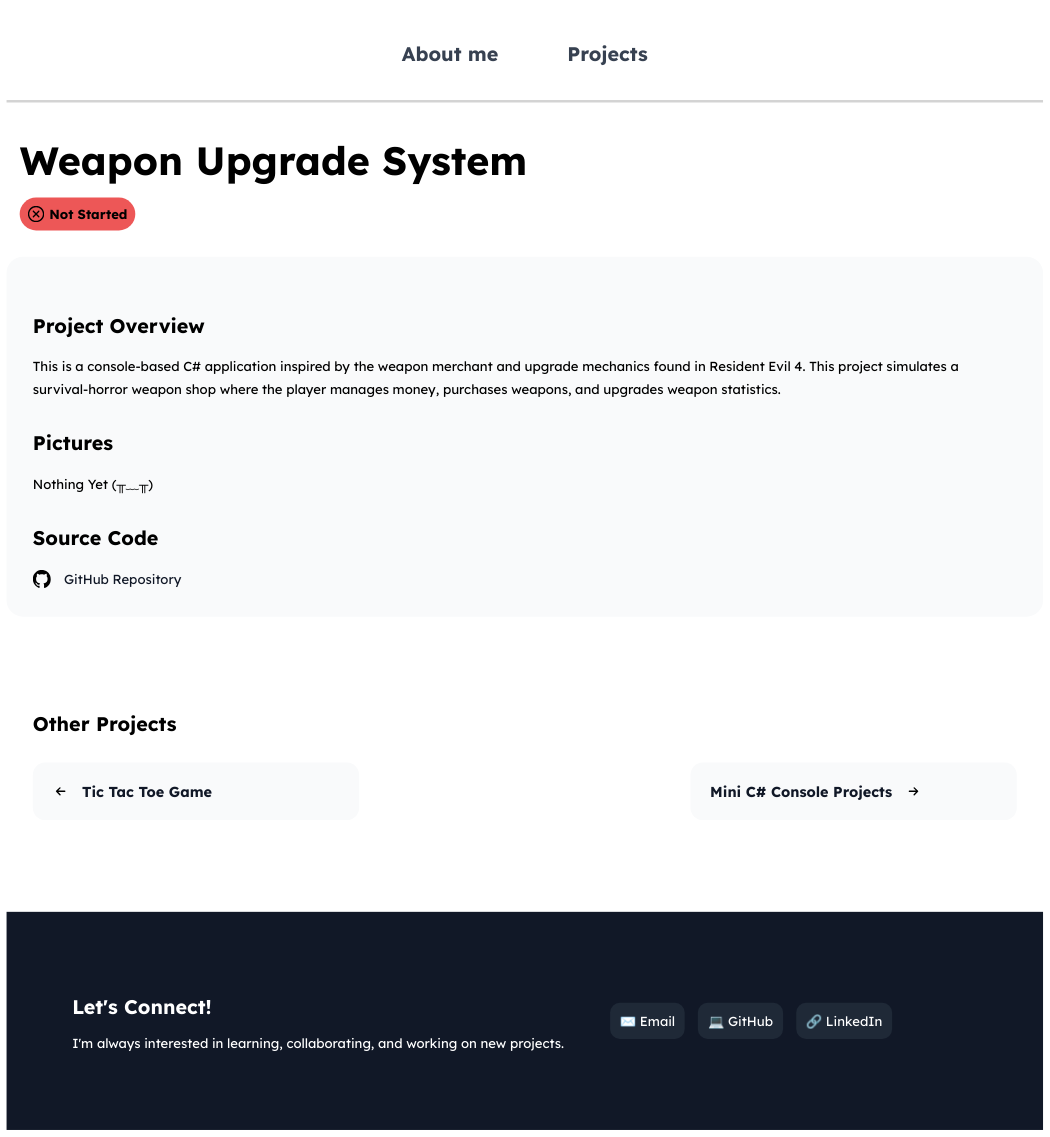
Repository: perrybalaba/perrybalaba
Page: pages/weapon-upgrade.html
The author's editor kept a copy of each file at every save. The page is drawn from the files as they stood at one save, then again after the next save.
The browser window is 1280 px wide. The pictures show the whole page, at 82% of full size.

Above is the page before, as saved 2026-05-14 20:46:17.

### pages/weapon-upgrade.html
<!DOCTYPE html>
<html lang="en">
<head>
    <meta charset="UTF-8">
    <meta name="viewport" content="width=device-width, initial-scale=1.0">
    <title> Perry's Portfolio </title>
    <link rel="stylesheet" href="../styles/projects.css"/>
    <link rel="stylesheet" href="../styles/globals.css"/>
</head>
<body>
    <main>
        <!-- NAVIGATION BAR -->
        <nav class="Nav-Bar">
            <ul>
                <li><a href="../index.html"> About me </a></li>
                <li><a href="../pages/weapon-upgrade.html"> Projects </a></li>
            </ul>
        </nav>
        <!-- INFO -->
        <div class="Project-Info">
            <div class="Project-Info-Container">
                <h2> Weapon Upgrade System </h2>
                <div class="Project-Stats">
                    <span class="Not-Started">
                        <img src="../assets/images/no-svgrepo-com.svg" alt="not-started"/>
                        Not Started
                    </span>
                </div>
                <div class="Project-Info-Card">
                    <h3> Project Overview </h3>
                        <p>
                            This is a console-based C# application inspired by the weapon merchant and upgrade mechanics
                            found in Resident Evil 4. This project simulates a survival-horror weapon shop where the player
                            manages money, purchases weapons, and upgrades weapon statistics.
                        </p>
                    <h3> Pictures </h3>
                    <p> Nothing Yet (╥﹏╥) </p>
                    <h3> Source Code </h3>
                    <div class="GitHub-Repo">
                        <a href="https://github.com/perrybalaba/Weapon-Upgrade-System.git">
                            <img src="../assets/images/github-142-svgrepo-com.svg" alt="github logo">
                            GitHub Repository
                        </a>
                    </div>
                </div>
            </div>

        </div>

        <!-- MORE PROJECTS -->
        <div class="Other-Projects">
            <h2> Other Projects </h2>
            <div class="Other-Projects-Container">
                <div class="Other-Projects-Card Left-Card">
                    <a href="./tic-tac-toe.html">
                    <img src="../assets/images/arrow-sm-left-svgrepo-com.svg">
                    Tic Tac Toe Game
                    </a>
                </div>

                <div class="Other-Projects-Card Right-Card">
                    <a href="./console-projects.html">
                        Mini C# Console Projects
                        <img src="../assets/images/arrow-sm-right-svgrepo-com.svg">
                    </a>
                </div>
            </div>
        </div>


        <!-- CONTACT -->
        <div class="Contact">
            <div class="Contact-Container">
                <div class="Contact-Text">
                    <h2> Let's Connect! </h2>
                    <p>
                        I'm always interested in learning, collaborating, and working on new projects.
                    </p>
                </div>

                <div class="Contact-Links">
                    <a href="mailto:balabaperry@gmail.com"> ✉️ Email</a>
                    <a href="https://github.com/perrybalaba"> 💻 GitHub </a>
                    <a href="https://www.linkedin.com/in/ann-karen-balaba-46b839387/"> 🔗 LinkedIn</a>
                </div>
            </div>
        </div>

    </main>
</body>
</html>

### styles/projects.css
/* NAVIGATION BAR */
.Nav-Bar {
    padding: 1rem;
    border-bottom: 3px solid lightgray;
}

nav ul {
    list-style: none;
    display: flex;
    justify-content: center;
    flex-wrap: wrap;
    gap: 2rem;
    padding: 0;
}

nav ul li a {
    display: block;
    text-align: center;
    padding: .75rem 1rem;
    text-decoration: none;
    color: #374151;
    font-weight: bold;
    padding: 10px;
    border-radius: 10px;
    font-size: 1rem;
    transition: 0.2s;
}

nav ul li a:hover {
    transform: scale(1.08);
    background-color: #f3f4f6;
    color: black;
}

/* PROJECT */
.Other-Projects {
    max-width: 1100px;
    margin: 0;
    padding: 2rem;
}

.Project-Info-Container h2 {
    font-size: 3rem;
    margin-bottom: 1rem;
    margin-left: 1rem;
}

.Project-Stats {
    margin-left: 1rem;
}

.Project-Stats {
    display: flex;
    gap: 1rem;
    flex-wrap: wrap;
    margin-bottom: 2rem;
}

.Work-In-Progress {
    display: flex;
    align-items: center;
    gap: 6px;
    background-color: #fffaaf;
    padding: 10px;
    border-radius: 1000px;
    font-weight: bold;
}

.Work-In-Progress img {
    width: 20px;
    height: 20px;
}

.Completed {
    display: flex;
    align-items: center;
    gap: 6px;
    background-color: #b5e8a4;
    padding: 10px;
    border-radius: 1000px;
    font-weight: bold;
}

.Completed img {
    width: 20px;
    height: 20px;
}

.Not-Started {
    display: flex;
    align-items: center;
    gap: 6px;
    background-color: #ed5757;
    padding: 10px;
    border-radius: 1000px;
    font-weight: bold;
}

.Not-Started img {
    width: 20px;
    height: 20px;
}

.Project-Info-Card {
    background-color: #f9fafb;
    padding: 2rem;
    border-radius: 20px;
    line-height: 1.7;
}

.Project-Info-Card h3 {
    font-size: 1.5rem;
    margin-bottom: 1rem;
    margin-top: 2rem;
}

.GitHub-Repo a {
    text-decoration: none;
    color: #111827;
    display: flex;
    align-items: center;
    gap: 1rem;
    transition: 0.2s ease;
}

/* GITHUB REPO */
.GitHub-Repo a:hover {
    transform: scale(1.01);
}

.GitHub-Repo img {
    width: 22px;
    height: 22px;
}

/* PROJECT PICTURES */
.Project-Pictures {
    display:grid;
    grid-template-columns: 1fr;
    gap: 1rem;
    margin-top: 1.5rem;
}

.Project-Pictures img {
    width: 100%;
    height: auto;
    border-radius: 15px;
    object-fit: cover;
    transition: 0.2s ease;
}

.Project-Pictures img:hover {
    transform: scale(1.02);
}

/* OTHER PROJECTS */
.Other-Projects {
    margin-top: 4rem;
    max-width: 1200px;
    padding: 2rem;
}

.Other-Projects-Container {
    display: flex;
    flex-direction: column;
    gap: 1rem;
    margin-top: 2rem;
}

.Other-Projects h2 {
    margin-bottom: 2rem;
}

.Other-Projects-Card {
    background-color: #f9fafb;
    padding: 1.5rem;
    border-radius: 15px;
    width: 100%;
    transition: 0.2s ease;
}

.Other-Projects-Card:hover {
    transform: translateY(-5px);
    background-color: #f3f4f6;
}

.Other-Projects-Card a {
    text-decoration: none;
    color: #111827;
    font-weight: bold;
    font-size: 1.1rem;
    display:flex;
    align-items: center;
    gap: 1rem;
}

.Other-Projects-Card img {
    width: 20px;
    height: 20px;
    transition: transform 0.2s ease;
}

.Left-Card:hover img {
    transform: translateX(-5px);
}

.Right-Card:hover img {
    transform: translateX(5px);
}

/* CONTACT */
.Contact {
    background-color: #111827;
    color: white;
    padding: 5rem;
    margin-top: 5rem;
}

.Contact-Container {
    display: flex;
    justify-content: space-between;
    align-items: center;
    max-width: 1000px;
    margin: 0;
    flex-wrap: wrap;
    gap: 2rem;
}

.Contact-Links {
    display: flex;
    gap: 1rem;
    flex-wrap: wrap;
}

.Contact-Links a {
    text-decoration: none;
    background-color: #1F2937;
    color: white;
    padding: 12px;
    border-radius: 12px;
    transition: 0.2s ease;
}

.Contact-Links a:hover {
    background-color: #374151;
    transform: scale(1.03);
}

### styles/globals.css
/* FONTS */
@font-face {
    font-family: "NotoSans";
    src: url(../assets/fonts/Noto_Sans/NotoSans-VariableFont_wdth\,wght.ttf);
}

@font-face {
    font-family: "Lexend";
    src: url(../assets/fonts/Lexend_Deca\,Noto_Sans/Lexend_Deca/LexendDeca-VariableFont_wght.ttf);
}

.Home-Header {
    font-family: "NotoSans";
}

.Nav-Bar {
    font-family: "Lexend";
}

main {
    font-family: "Lexend";
}

/* TABLET DESIGN */
@media (min-width: 768px) {
    /* NAVIGATION BAR */
    nav ul li a {
        font-size: 1.3rem;
    }

    /* HEADER */
    .Home-Header {
        font-size: 2.2rem;
    }

    /* ABOUT ME */
    .Info {
        flex-direction: row;
        justify-content: center;
        align-items: center;
        gap: 2rem;
        padding: 2rem;
    }

    .Description {
        width: 60%;
        max-width: 600px;
    }

    .Info img {
        max-width: 300px;
        width: 40%;
    }

    /* SKILLS */
    .Skill-Card {
        width: 260px;
    }

    .Skill-Icons img {
        width: 50px;
        height: 50px;
    }

    /* PROJECT PICTURES */
    .Project-Pictures {
        grid-template-columns: repeat(1, 1fr);
    }

    /* OTHER PROJECTS */
    .Other-Projects-Container {
        flex-direction: row;
        justify-content: space-between;
        align-items: center;
    }

    .Other-Projects-Card {
        width: 300px;
    }
}

/* DESKTOP */
@media (min-width: 1024px) {

    /* NAVIGATION */
    nav ul {
        gap: 4rem;
    }

    nav ul li a {
        font-size: 1.5rem;
    }

    /* ABOUT ME */
    .Info {
        gap: 5rem;
        padding: 4rem;
        justify-content: center;
        flex-direction: row;
        align-items: center;
    }

    .Description {
        max-width: 650px;
        font-size: 1.2rem;
        display: flex;
        flex-direction: column;
        align-items: center;
        justify-content: center;
        gap: 1rem;
    }

    .Info img {
        max-width: 500px;
    }

    .Home-Header {
        font-size: 4rem;
    }

    /* SKILLS */
    .Skill-Container {
        gap: 3rem;
    }

    .Skill-Card {
        width: 280px;
    }

    .Skill-Icons img {
        width: 80px;
        height: 80px;
    }

    /* SKILLS */
    .Projects-Container {
        display: flex;
        flex-direction: column;
        align-items: center;
    }

    .Project-Card {
        width: 100%;
        max-width: 850px;
        margin: 0 auto;
    }

    /* PROJECT PICTURES */
    .Project-Pictures {
        grid-template-columns: repeat(1, 1fr);
        gap: 1.5rem;
    }

    /* OTHER PROJECTS */
    .Other-Projects-Container {
        justify-content: space-between;
        align-items: center;
    }

    .Other-Projects-Card {
        width: 350px;
        padding: 1.5rem;
    }

    .Other-Projects-Card a {
        font-size: 1.1rem;
    }
}

After the next save:
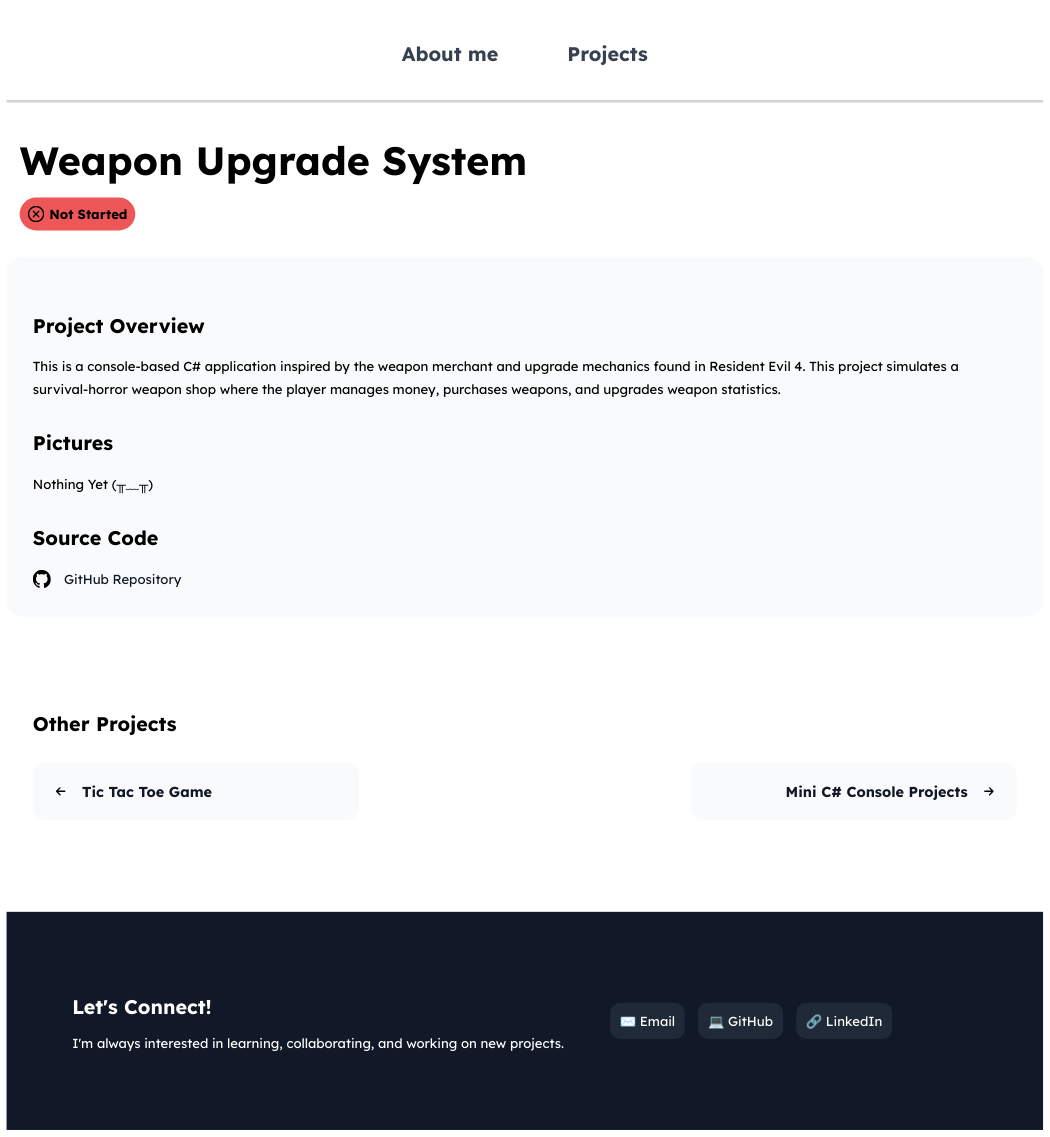
Saved 2 min 47 s later.
--- a/styles/globals.css
+++ b/styles/globals.css
@@ -76,6 +76,10 @@ main {
 
     .Other-Projects-Card {
         width: 300px;
+    }
+
+    .Right-Card a {
+        justify-content: flex-end;
     }
 }
 
@@ -165,4 +169,8 @@ main {
     .Other-Projects-Card a {
         font-size: 1.1rem;
     }
+
+    .Right-Card a {
+        justify-content: flex-end;
+    }
 }
